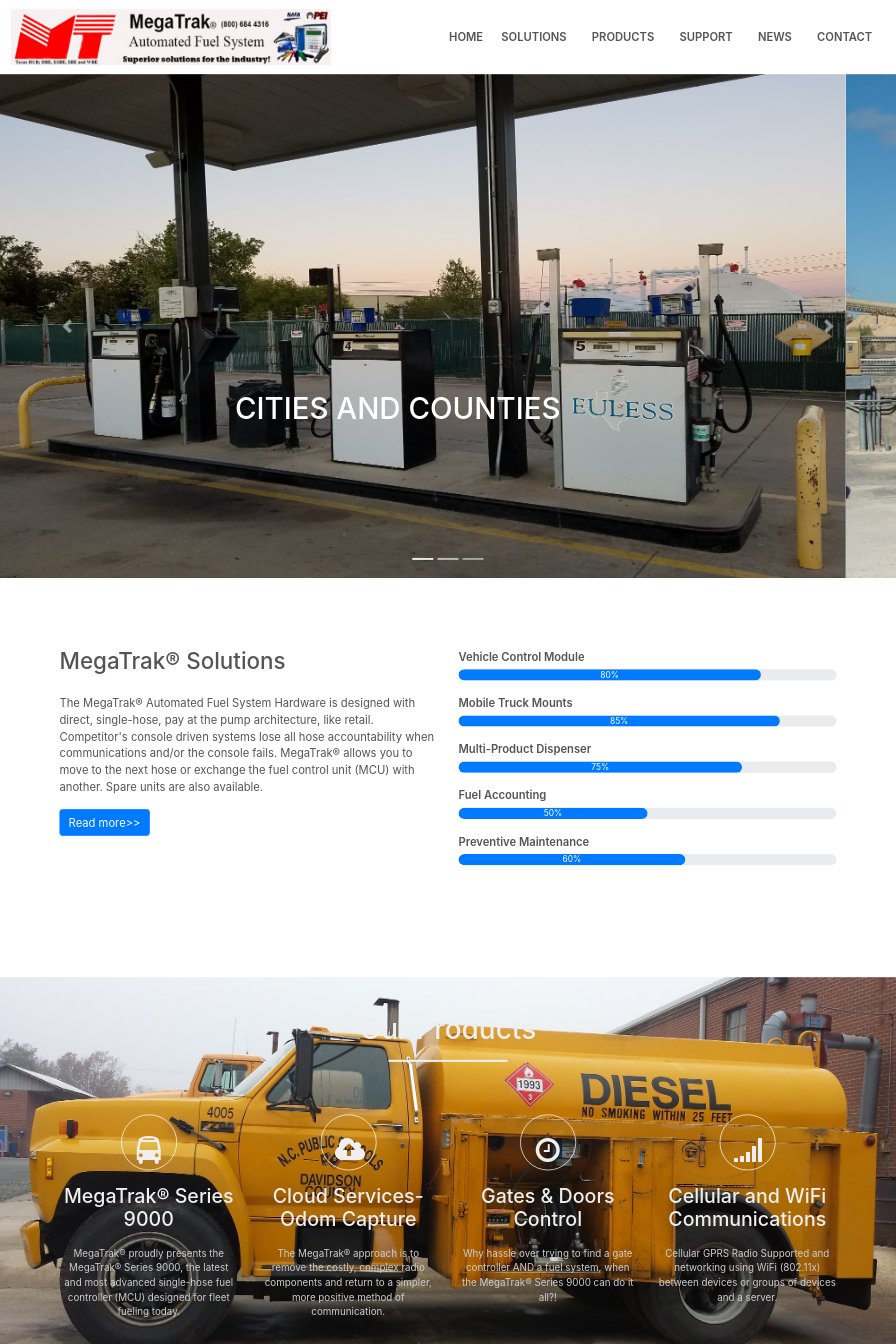
Repository: navegantemx/MegaTrak-Milestone-Project
Page: index.html
The author's editor kept a record of every edit. The page is drawn from the files as they stood at one moment, then again after the next edit.
The browser window is 1280 px wide. The pictures show the part of the page from y = 0 to 1920 px (the page is 4473 px tall), at 70% of full size.
Backgrounds fixed to the window are drawn as part of the page.

Above is the page before.

### index.html
<!DOCTYPE html>
<html lang="en">
<head>
    <meta charset="UTF-8">
    <meta name="viewport" content="width=device-width, initial-scale=1.0">
    <meta http-equiv="X-UA-Compatible" content="ie=edge">
    <link rel="stylesheet" href="https://stackpath.bootstrapcdn.com/bootstrap/4.3.1/css/bootstrap.min.css" type="text/css" />
    <link rel="stylesheet" href="https://stackpath.bootstrapcdn.com/font-awesome/4.7.0/css/font-awesome.min.css" type="text/css" />
    <script src="https://code.jquery.com/jquery-3.3.1.slim.min.js"></script>
    <script src="https://cdnjs.cloudflare.com/ajax/libs/popper.js/1.14.7/umd/popper.min.js"></script>
    <script src="https://stackpath.bootstrapcdn.com/bootstrap/4.3.1/js/bootstrap.min.js"></script>
    <link rel="stylesheet" href="assets/css/style.css" type="text/css" />
    <title>MegaTrak - Automated Fuel Systems</title>
</head>
<body>

    <!-----------------------Web design idea taken from YouTube channel "Easy Tutorials" ------------>

    <!--------- "Navbar" feature was found in https://getbootstrap.com/docs/4.1/components/navbar --------->

    <!-----------------------Navigation Bar------------>

    <section id="nav-bar">
        <nav class="navbar navbar-expand-lg navbar-light">
            <a class="navbar-brand" href="#"><img src="assets/images/mt-logo.png"></a>
            <button class="navbar-toggler" type="button" data-toggle="collapse" data-target="#navbarNav" aria-controls="navbarNav" aria-expanded="false" aria-label="Toggle navigation">
            <span class="navbar-toggler-icon"></span></button>
            <div class="collapse navbar-collapse" id="navbarNav">
                <ul class="navbar-nav ml-auto"
                    <li class="nav-item">
                        <a class="nav-link" href="#top">HOME</a>
                    </li>
                    <li class="nav-item">
                        <a class="nav-link" href="#solutions">SOLUTIONS</a>
                    </li>
                    <li class="nav-item">
                        <a class="nav-link" href="#products">PRODUCTS</a>
                    </li>
                    <li class="nav-item">
                        <a class="nav-link" href="#support">SUPPORT</a>
                    </li>
                    <li class="nav-item">
                        <a class="nav-link" href="#news">NEWS</a>
                    </li>
                    <li class="nav-item">
                        <a class="nav-link" href="#contact">CONTACT</a>
                    </li>
                </ul>
            </div>
        </nav>
    </section>

    <!--------- ""Carousel" feature was found in Bootstrap 4.1 https://getbootstrap.com/docs/4.1/components/carousel --------->

    <!-----------------------Slider------------>

    <div id="slider">
        <div id="headerSlider" class="carousel slide" data-ride="carousel">
            <ol class="carousel-indicators">
                <li data-target="#headerSlider" data-slide-to="0" class="active"></li>
                <li data-target="#headerSlider" data-slide-to="1"></li>
                <li data-target="#headerSlider" data-slide-to="2"></li>
            </ol>
            <div class="carousel-inner">
                <div class="carousel-item active">
                    <img class="d-block img-fluid" src="assets/images/banner1.jpg">
                    <div class="carousel-caption">
                        <h5>CITIES AND COUNTIES</h5>
                    </div>
                </div>
                <div class="carousel-item">
                    <img class="d-block img-fluid" src="assets/images/banner2.jpg">
                    <div class="carousel-caption">
                        <h5>QUARRIES</h5>
                    </div>
                </div>
                <div class="carousel-item">
                    <img class="d-block img-fluid" src="assets/images/banner3.jpg">
                    <div class="carousel-caption">
                        <h5>TRANSPORTATION</h5>
                    </div>
                </div>
            </div>
            <a class="carousel-control-prev" href="#headerSlider" role="button" data-slide="prev">
                <span class="carousel-control-prev-icon" aria-hidden="true"></span>
                <span class="sr-only">Previous</span>
            </a>
            <a class="carousel-control-next" href="#headerSlider" role="button" data-slide="next">
                <span class="carousel-control-next-icon" aria-hidden="true"></span>
                <span class="sr-only">Next</span>
            </a>
        </div>
    </div>

    <!-----------------------Solutions------------>

    <section id="solutions">
        <div class="container">
            <div class="row">
                <div class="col-md-6">
                    <h2>MegaTrak® Solutions</h2>
                    <div class="about-content">
                        The MegaTrak® Automated Fuel System Hardware is designed with direct, single-hose, pay at the pump architecture, like retail.
                        Competitor's console driven systems lose all hose accountability when communications and/or the console fails.
                        MegaTrak® allows you to move to the next hose or exchange the fuel control unit (MCU) with another.
                        Spare units are also available.
                    </div>
                    <button type="button" class="btn btn-primary">Read more>>
                    </button>
                </div>
                <div class="col-md-6 skills-bar">
                    <p>Vehicle Control Module</p>
                    <div class="progress">
                        <div class="progress-bar" style="width: 80%;">80%</div>
                    </div>
                    <p>Mobile Truck Mounts</p>
                    <div class="progress">
                        <div class="progress-bar" style="width: 85%;">85%</div>
                    </div>
                    <p>Multi-Product Dispenser</p>
                    <div class="progress">
                        <div class="progress-bar" style="width: 75%;">75%</div>
                    </div>
                    <p>Fuel Accounting</p>
                    <div class="progress">
                        <div class="progress-bar" style="width: 50%;">50%</div>
                    </div>
                    <p>Preventive Maintenance</p>
                    <div class="progress">
                        <div class="progress-bar" style="width: 60%;">60%</div>
                    </div>
                </div>
            </div>
        </div>
    </section>

    <!-----------------------Products------------>

    <section id="products">
        <div class="container">
            <h1>Our Products</h1>
            <div class="row products">
                <div class="col-md-3 text-center">
                    <div class="icon">
                        <i class="fa fa-bus"></i>
                    </div>
                    <h3>MegaTrak® Series 9000</h3>
                    <p>MegaTrak® proudly presents the MegaTrak® Series 9000,
                    the latest and most advanced single-hose fuel controller (MCU) designed for fleet fueling today.</p>
                </div>
                <div class="col-md-3 text-center">
                    <div class="icon">
                        <i class="fa fa-cloud-upload"></i>
                    </div>
                    <h3>Cloud Services-Odom Capture</h3>
                    <p>The MegaTrak® approach is to remove the costly, complex radio components and return to a simpler,
                    more positive method of communication.</p>
                </div>
                <div class="col-md-3 text-center">
                    <div class="icon">
                        <i class="fa fa-clock-o"></i>
                    </div>
                    <h3>Gates & Doors Control</h3>
                    <p>Why hassle over trying to find a gate controller AND a fuel system, when the MegaTrak® Series 9000 can do it all?!</p>
                </div>
                <div class="col-md-3 text-center">
                    <div class="icon">
                        <i class="fa fa-signal"></i>
                    </div>
                    <h3>Cellular and WiFi Communications</h3>
                    <p>Cellular GPRS Radio Supported and networking using WiFi (802.11x) between devices or groups of devices and a server.</p>
                </div>
            </div>
        </div>
    </section>

    <!-----------------------Support------------>

    <section id="support">
        <div class="container">
            <h1>Technical Support</h1>
            <div class="row">
                <div class="col-md-6 profile-pic text-center">
                    <div class="img-box">
                        <a href="http://megatrak.net/sites/customers" target="_blank">
                        <img src="assets/images/support1.jpg" class="img-responsive"></a>
                        <ul>
                            <a href="https://www.facebook.com" target="_blank"><li><i class="fa fa-facebook"></i></li></a>
                            <a href="https://twitter.com" target="_blank"><li><i class="fa fa-twitter"></i></li></a>
                            <a href="https://www.linkedin.com" target="_blank"><li><i class="fa fa-linkedin"></i></li></a>
                        </ul>
                    </div>
                        <br>
                        <P>CUSTOMER SERVICE / TECHNICAL SUPPORT</P>
                        <h2>Raul Velazquez</h2>
                        <h3>VP Technical / R&D</h3>
                </div>
                <div class="col-md-6 profile-pic text-center">
                    <div class="img-box">
                        <a href="http://download.megatrak.com" target="_blank">
                        <img src="assets/images/support2.jpg" class="img-responsive"></a>
                    </div>
                    <br>
                    <P>MegaTrak Downloading Site</P>
                </div>
            </div>
        </div>
    </section>

    <!-----------------------News------------>

    <section id="news">
        <div class="container">
            <h1>Mega News</h1>
            <div class="card-deck">
                <div class="card">
                    <img src="assets/images/news1.jpg" class="card-img-top" alt="...">
                    <div class="card-body">
                        <h5 class="card-title">Truck Mount</h5>
                        <p class="card-text">"Its versatility, as a truck mounted system, makes it the most reliable system for truck mounted dispensing," .</p>
                        <p class="card-text"><small class="text-muted">MT CEO told reporters at the Megatronics' corporate headquarters Sunday.</small></p>
                    </div>
                </div>
                <div class="card">
                    <img src="assets/images/news2.jpg" class="card-img-top" alt="...">
                    <div class="card-body">
                        <h5 class="card-title">Alternative Fuels</h5>
                        <p class="card-text">"We feel the MegaTrak® Fuel System is the most cost effective and efficient fuel system on the market.
                        Its modular design and pay-at-the-pump architecture, along with smart-chip-in-a-key technology and easy to use sort and filter software, make it ideal for large and small corporations."</p>
                        <p class="card-text"><small class="text-muted">Raul Velazquez VP R&D Technical commented.</small></p>
                    </div>
                </div>
                <div class="card">
                    <img src="assets/images/news3.jpg" class="card-img-top" alt="...">
                    <div class="card-body">
                        <h5 class="card-title">Mobile Fueling</h5>
                        <p class="card-text">The trucks, which incorporate the MegaTrak® system, are assembled by Garsite L.L.P. in Kansas City, Kansas.
                        MegaTrak® has been a popular choice of many organizations needing truck mounted systems, including governmental entities, construction companies, and mining firms.</p>
                        <p class="card-text"><small class="text-muted">Best MT Product</small></p>
                    </div>
                </div>
            </div>
        </div>
    </section>


   <!-----------------------Contact------------>

    <section id="contact">
        <div class="container">
            <br>
            <h1>BUDGETARY QUOTE</h1>
            <p class="text-center">Interested in receiving more information and/or a quote? Fill out the form below and someone will get back to you within 24-48 business hours.</p>
            <div class="row">
                <div class="col-md-6">
                    <form class="contact-form">
                        <div class="form-group">
                            <input type="number" class="form-control" placeholder="# of Sites to be Fitted with MegaTrak:" required>
                        </div>
                        <div class="form-group">
                             <input type="number" class="form-control" placeholder="# of Fuel Hoses:" required>
                        </div>
                        <div class="form-group">
                             <input type="number" class="form-control" placeholder="# of Vehicles/Equipment in Fleet:" required>
                        </div>
                        <div class="form-group">
                            <input type="number" class="form-control" placeholder="Lube Reels? # of Reels:" required>
                        </div>
                        <div class="form-group">
                            <input type="number" class="form-control" placeholder="Truck Mounts: # of Fluids:" required>
                        </div>
                        <div class="form-group">
                            <input type="text" class="form-control" placeholder="Your Name:" required>
                        </div>
                        <div class="form-group">
                            <input type="text" class="form-control" placeholder="Organization:" required>
                        </div>
                        <div class="form-group">
                            <input type="text" class="form-control" placeholder="Title:" required>
                        </div>
                        <div class="form-group">
                            <input type="number" class="form-control" placeholder="Phone#:" required>
                        </div>
                        <div class="form-group">
                            <input type="email" class="form-control" id="exampleInputEmail1" aria-describedby="emailHelp" placeholder="Enter email" required>
                        </div>
                        <div class="form-group">
                            <textarea class="form-control" rows="4" placeholder="Other Information"></textarea>
                        </div>
                        <button type="submit" class="btn btn-primary">SUBMIT</button>
                    </form>
                </div>
                <div class="col-md-6 contact-info">
                    <div class="follow"><b>MTI Address:</b><i class="fa fa-map-marker"></i>5150 Broadway Street #459, San Antonio, Tx 78209</div>
                    <div class="follow"><b>Phone#:</b><i class="fa fa-phone"></i>210-804-1007</div>
                    <div class="follow"><b>Email:</b><i class="fa fa-envelope-o"></i>sales@megatrak.com</div>
                    <div class="follow"><label><b>Get Social:</b></label>
                        <a href="#"><i class="fa fa-facebook"></i></a>
                        <a href="#"><i class="fa fa-youtube-play"></i></a>
                        <a href="#"><i class="fa fa-twitter"></i></a>
                        <a href="#"><i class="fa fa-google-plus"></i></a>
                    </div>
                </div>
            </div>
        </div>
    </section>

    <!-----------------------Footer------------>

    <section id="footer">
        <div class="container text-center">
            <p>© Copyright MegaTronics International Corp. 1994-2019. All Rights Reserved</p>
        </div>
    </section>

    <!-----------------------Footer End------------>

    <!--------- ""smooth scroll JavaScript function from https://github.com/cferdinandi/smooth-scroll --------->

    <script src="libraries/smooth-scroll.js"></script>
    <script>var scroll = new SmoothScroll('a[href*="#"]');</script>
</body>
</html>

### assets/css/style.css
*
{
    margin: 0;
    padding: 0;
}


/* -------------------------------------navigation */

#nav-bar
{
    position: sticky;
    top: 0;
    z-index: 10;
}

.navbar-brand img
{
    height: 80px;
    width: 90%;
    padding-left: 0;
}

.navbar-nav li
{
    padding: 0 10px;
}

.navbar-nav li a
{
    float: right;
    text-align: left;
}

#nav-bar ul li a:hover{
    color: #007bff!important;
}

.navbar
{
    background: #fff;
}

.navbar-toggler
{
    border: none!important;
}

.nav-link
{
    color: #555!important;
    font-weight: 600;
    font-size: 16px;
}

/* -------------------------------------Slider */

.img-fuid

{
    background: cover;
}

.carousel-caption
{
    top: 60%;
    transform: translateY (-50%);
    bottom: initial!important;
}

.carousel-caption h5
{
    color: #fff;
    font-size: 42px;
}


/* -------------------------------------Solutions */

#solutions
{
    padding-top: 100px;
    padding-bottom: 140px;
    color: #555;
}

#solutions .btn
{
    margin-top: 20px;
    margin-bottom: 30px;
}

.about-content
{
    padding-top: 20px;
}

.skills-bar p
{
    margin-bottom: 6px;
    font-weight: 600;
}

.progress
{
    border-radius: 16px; !important;
    margin-bottom: 20px;
}

.progress-bar
{
    border-radius: 16px;
}

/* -------------------------------------Products */


#products
{
    background-image: url(../images/products1.jpg);
    background-size: cover;
    background-position: center;
    color: #efefef !important;
    background-attachment: fixed;
    padding-top: 50px;
    padding-bottom: 50px;
}

#products h1
{
    text-align: center;
    color: #efefef !important;
    padding-bottom: 10px;
}

#products h1::after
{
    content: '';
    background: #efefef;
    display: block;
    height: 3px;
    width: 170px;
    margin: 20px auto 5px;
}

.products
{
    margin-top: 40px;
}

.icon
{
    font-size: 40px;
    margin: 20px auto;
    padding: 20px;
    height: 80px;
    width: 80px;
    border:1px solid #fff;
    border-radius: 50%;
}

#products p
{
    font-size: 14px;
    margin-top: 20px;
    color: #ccc;
}

.products .col-md-3:hover{
    background: #007bff;
    cursor: pointer;
    transition: 0.7s;
}

/* -------------------------------------Support */

#support
{
    padding-top: 50px;
    padding-bottom: 50px;
    color: #555;
}

h1
{
    text-align: center;
    color: #555 !important;
    padding-bottom: 10px;
}

h1::after
{
    content: '';
    background: #007bff;
    display: block;
    height: 3px;
    width: 170px;
    margin: 20px auto 5px;
}

.profile-pic
{
    margin-top: 25px;
}

.profile-pic .img-box
{
    opacity: 1;
    display: block;
    position: relative;
}

.profile-pic .img-box img
{
    filter: grayscale(1);
}

.profile-pic .img-box img:hover
{
    filter: grayscale(0);
    cursor: pointer;
}

.profile-pic h2
{
    font-size: 22px;
    font-weight: bold;
    margin-top: 15px;
    color: #007bff !important;
}

.profile-pic h3
{
    font-size: 15px;
    font-weight: bold;
    margin-top: 15px;
}

#support .fa
{
    height: 25px;
    width: 25px;
    color: #007bff !important;
    background: #fff;
    padding: 4px;
    border-radius: 50%;
}

.img-box ul
{
    padding: 15px 0;
    position: absolute;
    z-index: 2;
    bottom: 0;
    left: 50%;
    transform: translateX(-50%);
    opacity: 0;
}

.img-box ul li
{
    padding:5px;
    display: inline-block;
}

.img-box:hover ul

{
    opacity: 1;
}

.img-box ul, .img-box ul li
{
    transition: 0.5s;
}

/* -------------------------------------News */

#news
{
    padding-top: 50px;
    padding-bottom: 50px;
}


/* -------------------------------------Contact */

#contact
{
    background: #efefef;
    padding-top: 40px;
    padding-bottom: 40px;
    color: #777;
}

.contact-form
{
    padding: 15px;
}

.form-control
{
    border-radius: 0 !important;
    border: none !important;
}

::placeholder
{
    color: #999 !important;
}

.contact-info .fa
{
    margin: 10px;
    color: #007bff;
    font-weight: bold;
}


/* -------------------------------------Footer */

#footer
{
    background: #333;
    color: #fff;
    padding: 12px;
}

/* ------------------------------------- Slider title----- */

@media (max-width: 480px) {
.responsive-title {
    font-size: 2em;
  }
}

Loaded but not shown: libraries/smooth-scroll.js (645 lines, source omitted)

After the next edit:
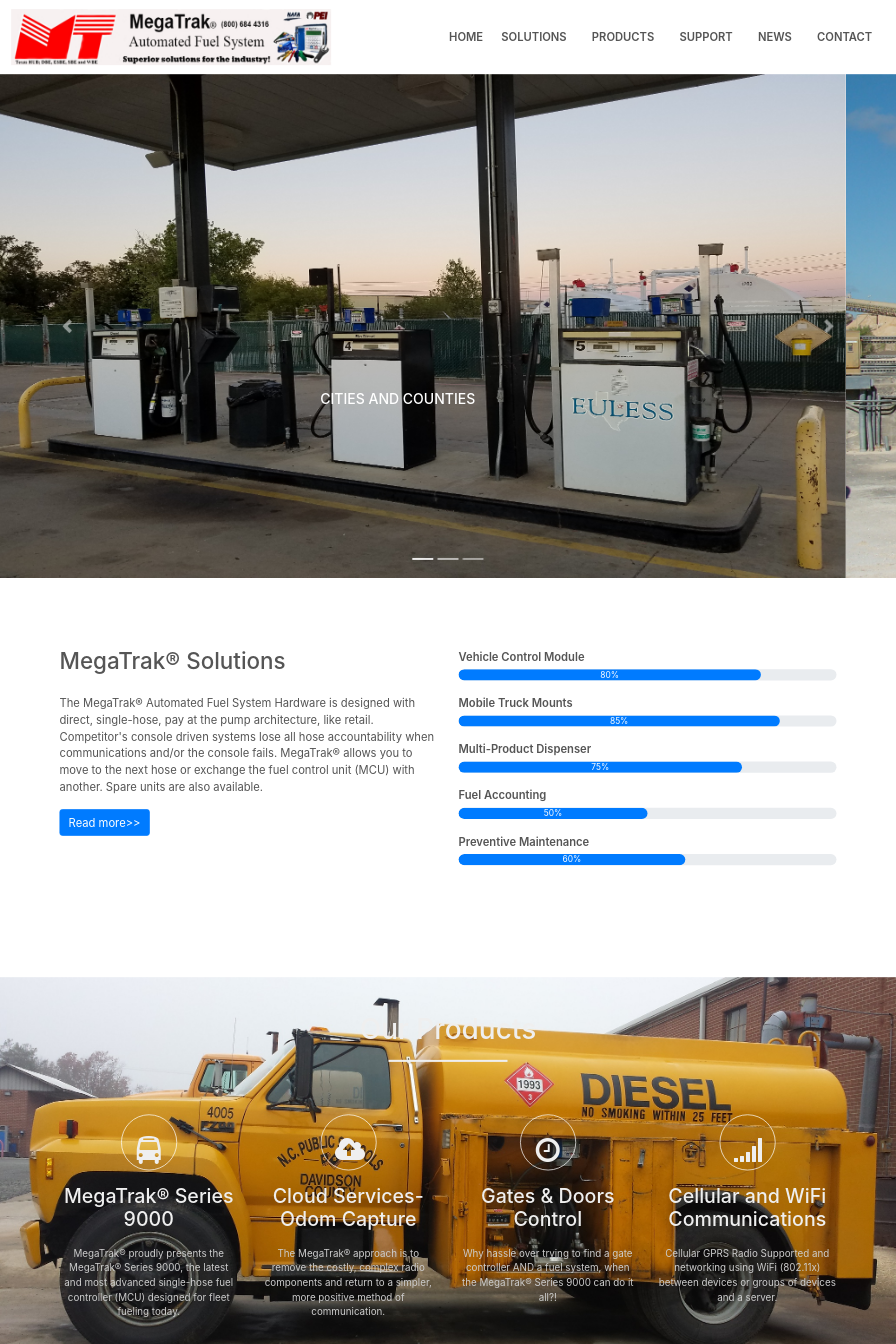
The edit:
--- a/assets/css/style.css
+++ b/assets/css/style.css
@@ -71,7 +71,6 @@
 .carousel-caption h5
 {
     color: #fff;
-    font-size: 42px;
 }
 
 
